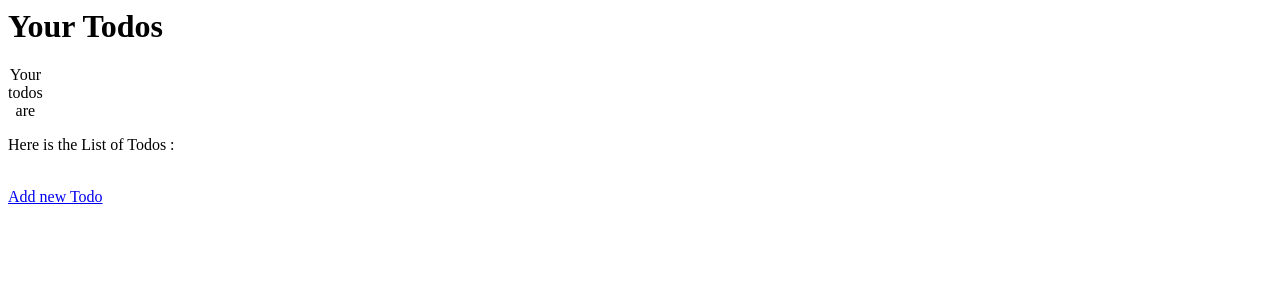
Repository: gh9036wm/readyTLP
Page: http://localhost/webapp/WEB-INF/jsp/list-todos.jsp
The author's editor kept a copy of each file at every save. The page is drawn from the files as they stood at one save, then again after the next save.
The browser window is 1280 px wide. The pictures show the whole page.
The page is served by Tomcat 9. Nobody is signed in. Other server files are loaded and not shown. The template is opened directly, without the code that normally fills it, so the values that code supplies are empty.

Above is the page before, as saved 2019-01-19 00:02:01.

### SpringBoot/overView/webapp/src/main/webapp/WEB-INF/jsp/list-todos.jsp
<html>
<head>
<title>Todos for ${nameKey}</title>
</head>

<body>
   <h1>Your Todos</h1>
   <table>
   <caption>Your todos are</caption>



   </table>
   <p>Here is the List of ${nameKey}  Todos :</p>
   ${listKey}
 <br>
 <a href="/add-todo">Add new Todo</a>


</body>
</html>

After the next save:
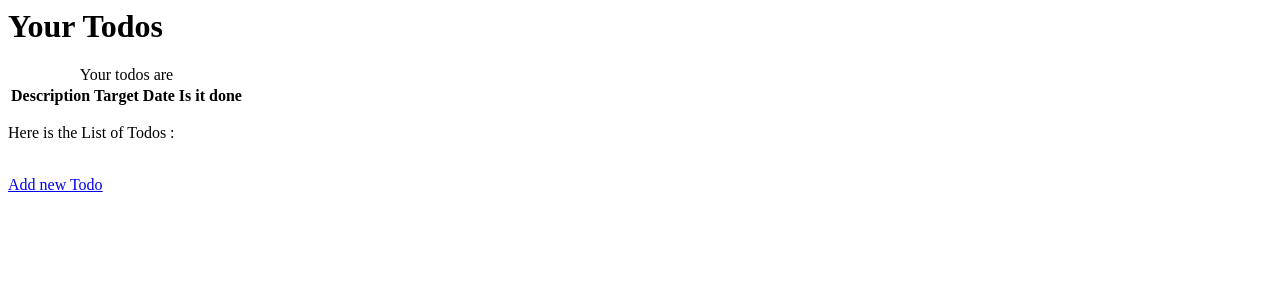
Saved 8 min 39 s later.
--- a/SpringBoot/overView/webapp/src/main/webapp/WEB-INF/jsp/list-todos.jsp
+++ b/SpringBoot/overView/webapp/src/main/webapp/WEB-INF/jsp/list-todos.jsp
@@ -7,9 +7,15 @@
    <h1>Your Todos</h1>
    <table>
    <caption>Your todos are</caption>
+   <thead>
+      <tr>
+         <th>Description</th>
+         <th>Target Date</th>
+         <th>Is it done</th>
+      </tr>
+    </thead>
 
-
-
+   <tbody></tbody>
    </table>
    <p>Here is the List of ${nameKey}  Todos :</p>
    ${listKey}
